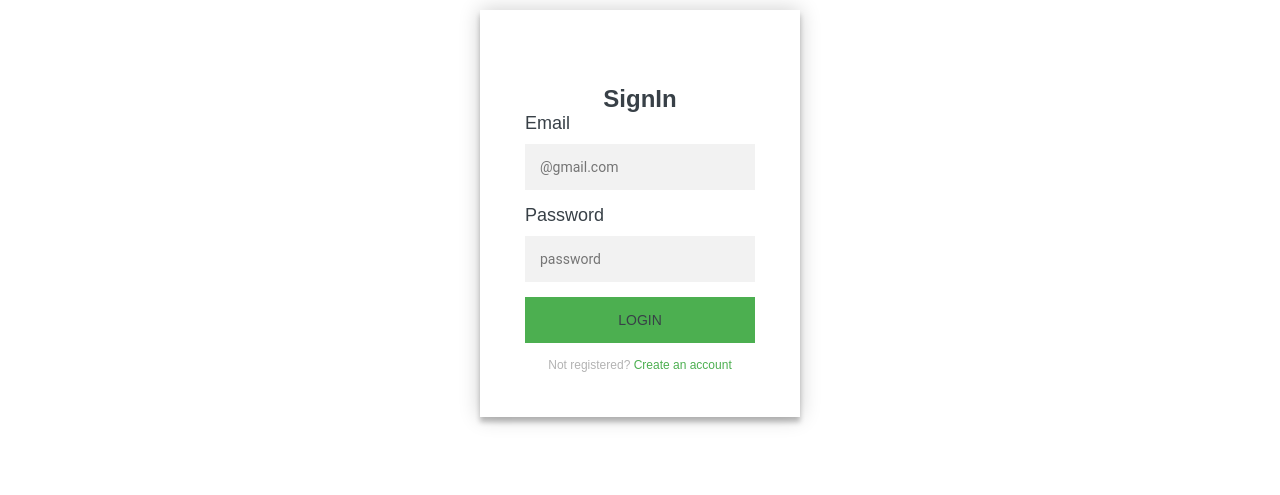
Repository: muzamil-mia/Advance_java_jspiders
Page: employee_servlet_project/src/main/webapp/login.html
The author's editor kept a copy of each file at every save. The page is drawn from the files as they stood at one save, then again after the next save.
The browser window is 1280 px wide. The pictures show the whole page.

Above is the page before, as saved 2024-02-19 17:15:35.

### employee_servlet_project/src/main/webapp/login.html
<!DOCTYPE html>
<html>
<head>
<meta charset="ISO-8859-1">
<title>Insert title here</title>
<style>
*{
        *{
      margin: 0;
      padding: 0;
      font-family: 'Nunito', sans-serif;
      color: #384047;
      box-sizing: border-box;
     }
      }
      #login{
        /* border: 2px solid; */
        max-width: 360px;
        padding: 10px 20px;
        margin: auto;
      }
      h2 {
        text-align: center;
        margin-top: 30px;
      }
      #form{
        position: relative;
        z-index: 1;
        background-color: #ffffff;
        max-width: 360px;
        margin: 0 auto 100px;
        padding: 45px;
        text-align: start;
        box-shadow: 0 0 20px 0 rgba(0, 0, 0, 0.2), 0 5px 5px 0 rgba(0, 0, 0, 0.24);
      }
      label{
        display: block;
        font-size: 18px;
        margin-bottom: 10px;
      }
      #form input{
        font-family: "Roboto", sans-serif;
        outline: 0;
        background-color: #f2f2f2;
        width: 100%;
        border: 0;
        margin: 0 0 15px 0;
        padding: 15px;
        box-sizing: border-box;
        font-size: 14px;
      }
      button{
        width: 100%;
        text-transform: uppercase;
        outline: none;
        background: #4CAF50;
        padding: 15px;
        border: none;
        font-size: 14px;
        transition: all 0.3s;
        cursor: pointer;
      }
      #form button:hover,.form button:active,.form button:focus {
  background: #43A047;
}
#form .message{
  margin: 15px 0 0;
  color: #b3b3b3;
  font-size: 12px;
  text-align: center;
}
#form .message a{
  color: #4CAF50;
  text-decoration: none;
}
</style>
</head>
<body>

<div id="login">
      <form id="form" action="login">
        <h2>SignIn</h2>
        <div>
          <label for="Email">Email</label>
          <input type="text" name="email" placeholder="@gmail.com" />
          <label for="password">Password</label>
          <input type="password" name="password" id="" placeholder="password" />
        </div>
        <button class="login">login</button>
        <p class="message">Not registered? <a href="#">Create an account</a></p>
      </form>
    </div>
</body>
</html>

After the next save:
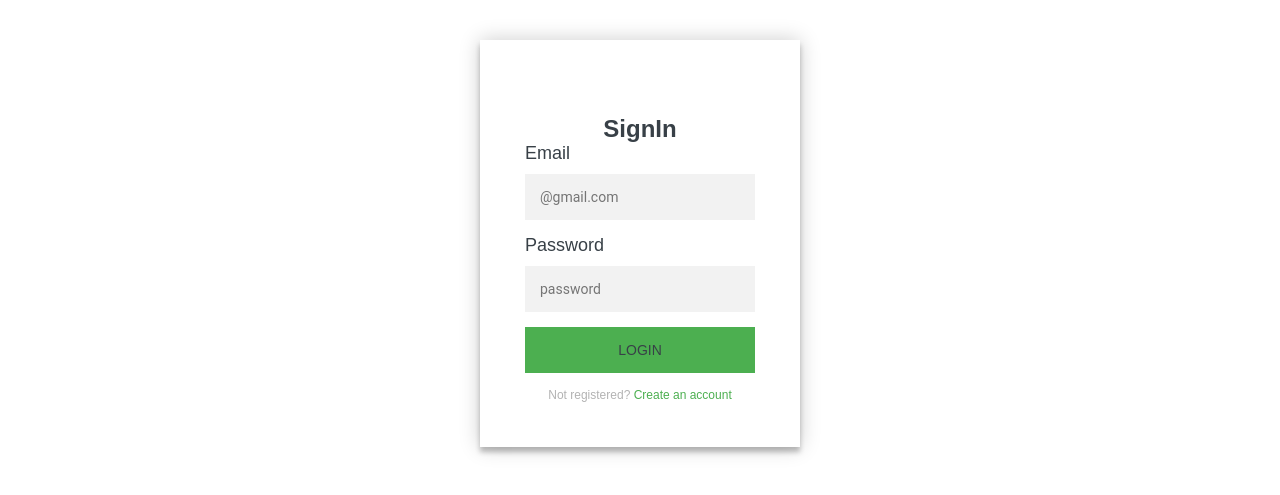
Saved 12 min 39 s later.
--- a/employee_servlet_project/src/main/webapp/login.html
+++ b/employee_servlet_project/src/main/webapp/login.html
@@ -18,6 +18,7 @@
         max-width: 360px;
         padding: 10px 20px;
         margin: auto;
+        margin-top:30px;
       }
       h2 {
         text-align: center;
@@ -63,6 +64,10 @@
       #form button:hover,.form button:active,.form button:focus {
   background: #43A047;
 }
+required::after{
+content:"*";
+color:"red";
+}
 #form .message{
   margin: 15px 0 0;
   color: #b3b3b3;
@@ -82,9 +87,9 @@
         <h2>SignIn</h2>
         <div>
           <label for="Email">Email</label>
-          <input type="text" name="email" placeholder="@gmail.com" />
+          <input class ="required" type="text" name="email" placeholder="@gmail.com" required/>
           <label for="password">Password</label>
-          <input type="password" name="password" id="" placeholder="password" />
+          <input class ="required" type="password" name="password" id="" placeholder="password" required />
         </div>
         <button class="login">login</button>
         <p class="message">Not registered? <a href="#">Create an account</a></p>
